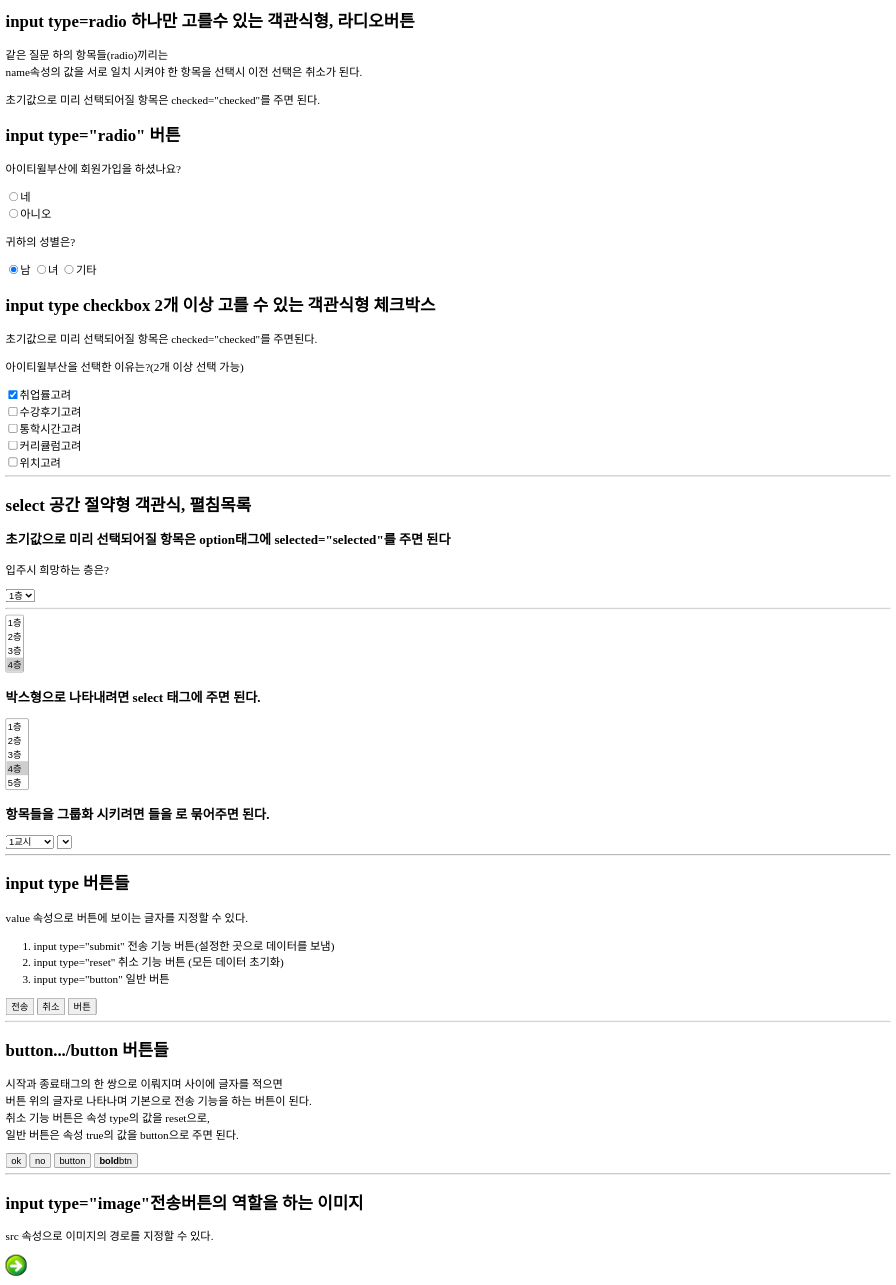
Repository: ReadStar/Web
Page: Html/html5/WebContent/form-1.html
The author's editor kept a copy of each file at every save. The page is drawn from the files as they stood at one save, then again after the next save.
The browser window is 1280 px wide. The pictures show the part of the page from y = 1078 to 2998 px (the page is 2913 px tall before and 2998 px after), at 70% of full size.

Above is the page before, as saved 2020-08-13 05:18:40.

### Html/html5/WebContent/form-1.html
<!DOCTYPE html>
<html>
<head>
<meta charset="UTF-8">
<title>Insert title here</title>
</head>
<body>
<h1>form-1</h1>
<p>form은 사용자와 서버를 연결해주는 웹페이지를 만들어 준다.<br>
	사용자가 정보를 입력해서 서버에 전달 할 수 있도록<br>
	페이지를 편리하게 만들어주는 여러 태그들과 속성값들을 지정한다.
</p>
<form action="test.jsp" method="get">
<h1>label ... /label 의 설명문을 뜻함</h1>
<p>label태그에는 속성 for의 값을,<br>
  input태그에는 속성 id의 값을 서로 일치시켜주면 연결됨</p>
<h2>input type="text" 한 줄 글상자</h2>
<ul>
<li>size="n" 글상자의 가로 길이</li>
<li>maxlength="n" 입력 데이터의 길이 (글 상자의 크기와 무관하게) </li>
</ul>
	<label for="name">name</label> <input type="text" id="name"><br>
	<label for="f-name">firstName</label> <input type="text" id="f-name"><br>
	<label for="l-name">lastName</label> <input type="text" id="l-name"><br>
	<label for="id">Id</label> <input type="text" id="Id" maxlength="6" size="10">
	<label for="pwd">password</label> <input type="password" id="pwd" maxlength="12"><br>
<h2>input type-"password" 암호 글상자</h2>
	<label for="pass">주민등록번호 뒷자리</label> <input type="password" id="pass" maxlength="7"><br>
<hr>
<h2>textarea.../textarea 큰 글상자</h2>
<p>cols="n"와 rows="n"속성으로 가로 크기, 세로 크기를 지정할 수 있다.</p>
<label>입사 지원동기<br>
<textarea rows="7" cols="70">지원동기</textarea><br>
</label>


<label for="txt02">자기소개</label><br>
<textarea rows="10" cols="50">자기소개</textarea>
<hr>
<h2>input type=radio 하나만 고를수 있는 객관식형, 라디오버튼</h2>
<p>같은 질문 하의 항목들(radio)끼리는<br>
	name속성의 값을 서로 일치 시켜야 한 항목을 선택시 이전 선택은 취소가 된다.</p>
	초기값으로 미리 선택되어질 항목은 checked="checked"를 주면 된다.
<h2>input type="radio" 버튼</h2>
<p>아이티윌부산에 회원가입을 하셨나요?</p>
<label><input type="radio" name="itw-m">네</label><br>
<label><input type="radio" name="itw-m">아니오</label>

<p>귀하의 성별은?</p>
<label><input type="radio" name="gender" checked="checked">남</label>
<label><input type="radio" name="gender">녀</label>
<label><input type="radio" name="gender">기타</label>

<h2>input type checkbox 2개 이상 고를 수 있는 객관식형 체크박스</h2>
<p>초기값으로 미리 선택되어질 항목은 checked="checked"를 주면된다.</p>

<p>아이티윌부산을 선택한 이유는?(2개 이상 선택 가능)</p>
<label><input type="checkbox" name="check" checked="checked">취업률고려</label><br>
<label><input type="checkbox" name="check">수강후기고려</label><br>
<label><input type="checkbox" name="check">통학시간고려</label><br>
<label><input type="checkbox" name="check">커리큘럼고려</label><br>
<label><input type="checkbox" name="check">위치고려</label><br>
<hr>
<h2>select 공간 절약형 객관식, 펼침목록</h2>
<h3>초기값으로 미리 선택되어질 항목은 option태그에 selected="selected"를 주면 된다</h3>
<p>입주시 희망하는 층은?</p>
<select>
<option>1층</option>
<option>2층</option>
<option>3층</option>
<option>4층</option>
<option>5층</option>
<option>6층</option>
<option>7층</option>
<option>8층</option>
</select>
<hr>
<select multiple="multiple">
<option>1층</option>
<option>2층</option>
<option>3층</option>
<option selected="selected">4층</option>
<option>5층</option>
<option selected="selected">6층</option>
</select>

<h3>박스형으로 나타내려면 select 태그에 주면 된다.</h3>
<!--  ~~~~~~~ -->
<select size = "5">
<option>1층</option>
<option>2층</option>
<option>3층</option>
<option selected="selected">4층</option>
<option>5층</option>
<option>6층</option>
<option>7층</option>
<option>8층</option>
<option>9층</option>
<option>10층</option>
</select>

<h3>항목들을 그룹화 시키려면 들을 로 묶어주면 된다.</h3>
<select>
<optgroup label="JSP">
<option>1교시</option>
<option>2교시</option>
<option>3교시</option>
<option>4교시</option>
</optgroup>
<optgroup label="WEB">
<option>1교시</option>
<option>2교시</option>
<option>3교시</option>
<option>4교시</option>
</optgroup>
</select>



<select>








</select>

<hr>
<h2>input type 버튼들</h2>
<p> value 속성으로 버튼에 보이는 글자를 지정할 수 있다.</p>
<ol>
<li>input type="submit" 전송 기능 버튼(설정한 곳으로 데이터를 보냄)</li>
<li>input type="reset" 취소 기능 버튼 (모든 데이터 초기화)</li>
<li>input type="button" 일반 버튼</li>
</ol>

<input type="submit" value="전송">
<input type="reset" value="취소">

<input type="button" value="버튼" onclick="alert('아무것도아님')"><br>

<hr>
<h2>button.../button 버튼들</h2>
<p>시작과 종료태그의 한 쌍으로 이뤄지며 사이에 글자를 적으면<br>
버튼 위의 글자로 나타나며 기본으로 전송 기능을 하는 버튼이 된다.<br>
취소 기능 버튼은 속성 type의 값을  reset으로,<br>
일반 버튼은 속성 true의 값을 button으로 주면 된다.</p>
<button>ok</button>
<button type="reset">no</button>

<button type="button" onmouseover="alert('조심')">button</button>
<button type="button"><b>bold</b>btn</button>

<hr>
<h2>input type="image"전송버튼의 역할을 하는 이미지</h2>
<p>src 속성으로 이미지의 경로를 지정할 수 있다.</p>

<input type="image" src="img.gif" width="30" height="30">
</form>

</body>
</html>

After the next save:
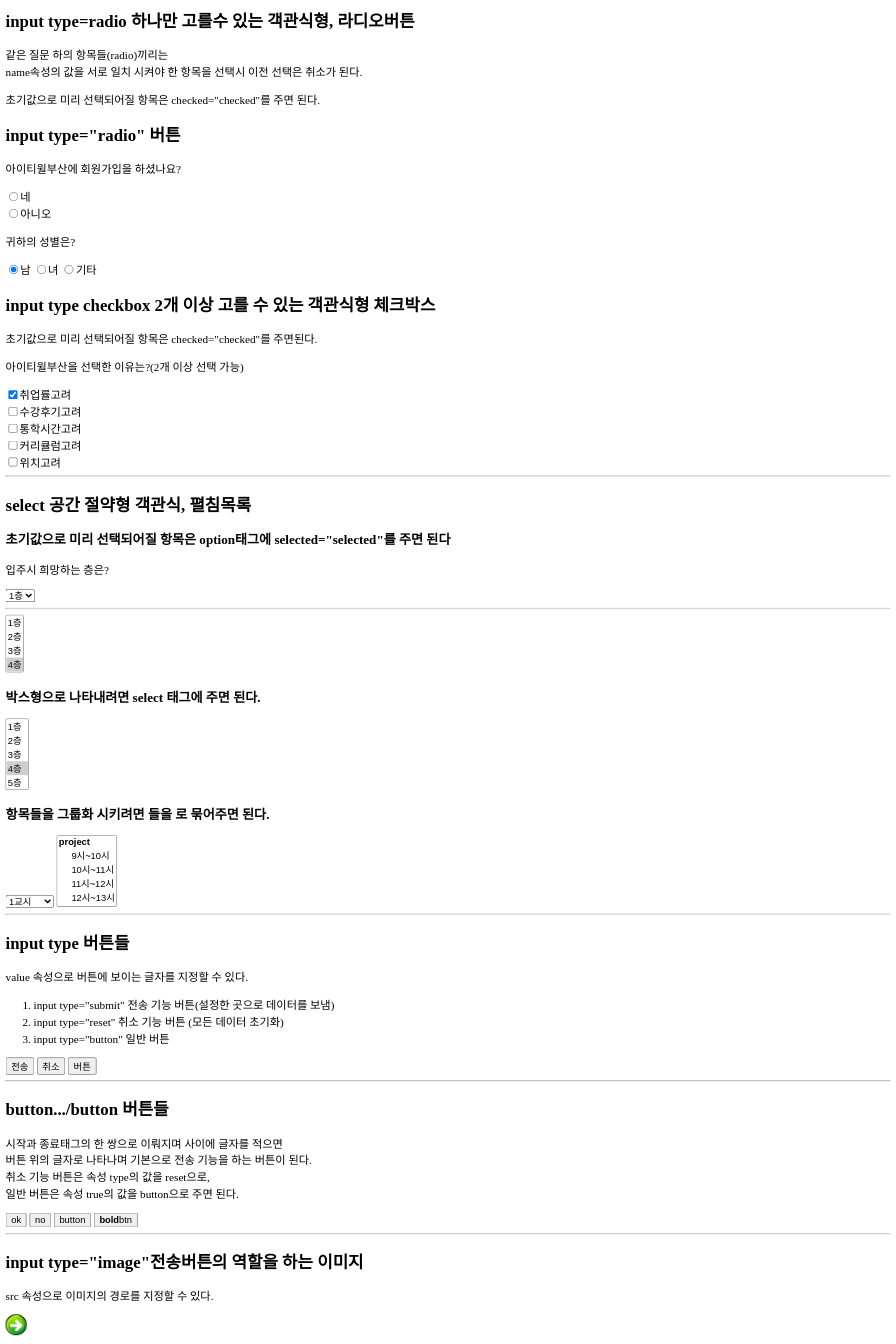
Saved 2 min 4 s later.
--- a/Html/html5/WebContent/form-1.html
+++ b/Html/html5/WebContent/form-1.html
@@ -117,10 +117,20 @@
 
 
 
-<select>
+<select size = "5">
+<optgroup label="project">
+<option>9시~10시</option>
+<option>10시~11시</option>
+<option>11시~12시</option>
+<option>12시~13시</option>
+</optgroup>
+<optgroup label="점심">
+<option>13시~14시</option>
+</optgroup>
+<optgroup label="상담">
 
 
-
+</optgroup>
 
 
 
